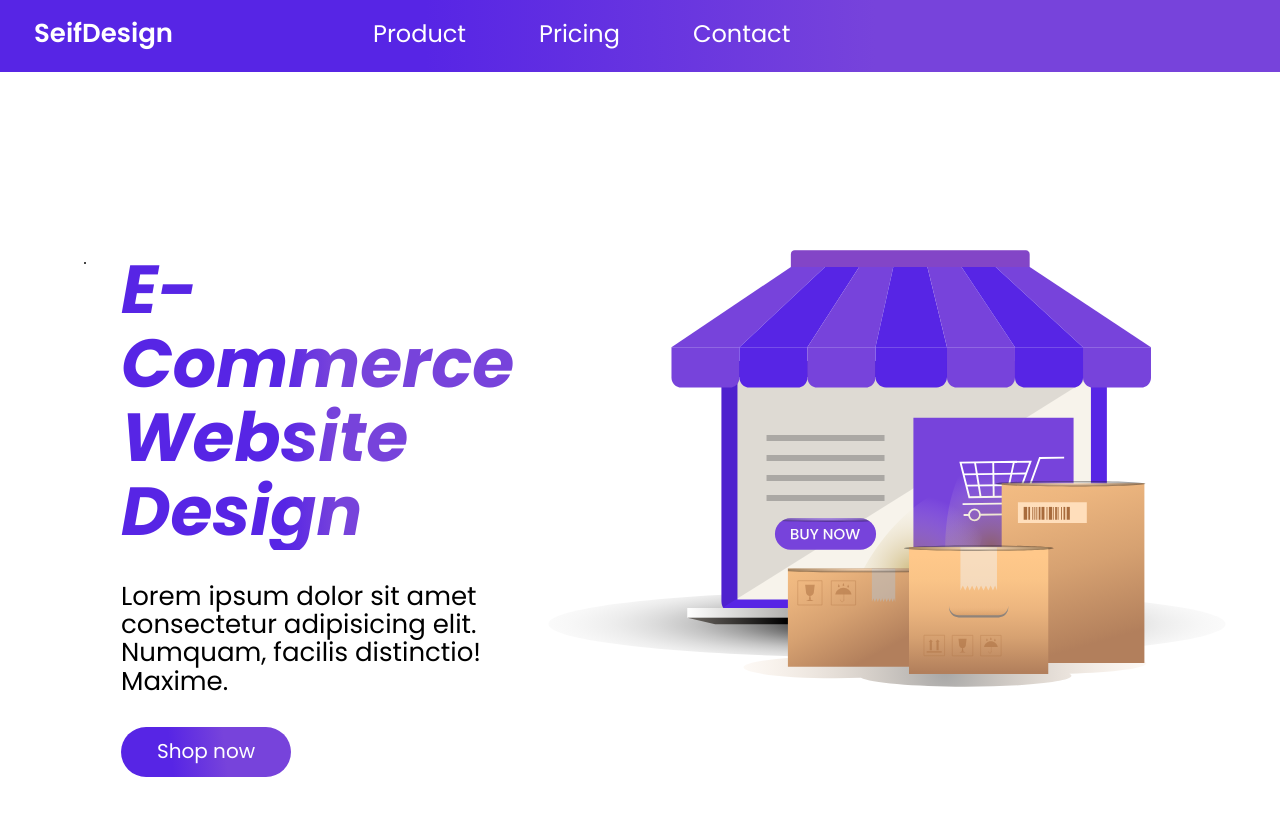
Repository: NatiqSamiyev/commers-desing-JS
Page: index.html
These files come from the project's save history. The page is drawn as it stood at one moment and after the next save; the edit follows.
The browser window is 1280 px wide. The pictures show the whole page.
Some web fonts or font styles are not loaded; a fallback is used.

Above is the page before, as saved 2023-11-06 11:29:29.

After the next save:
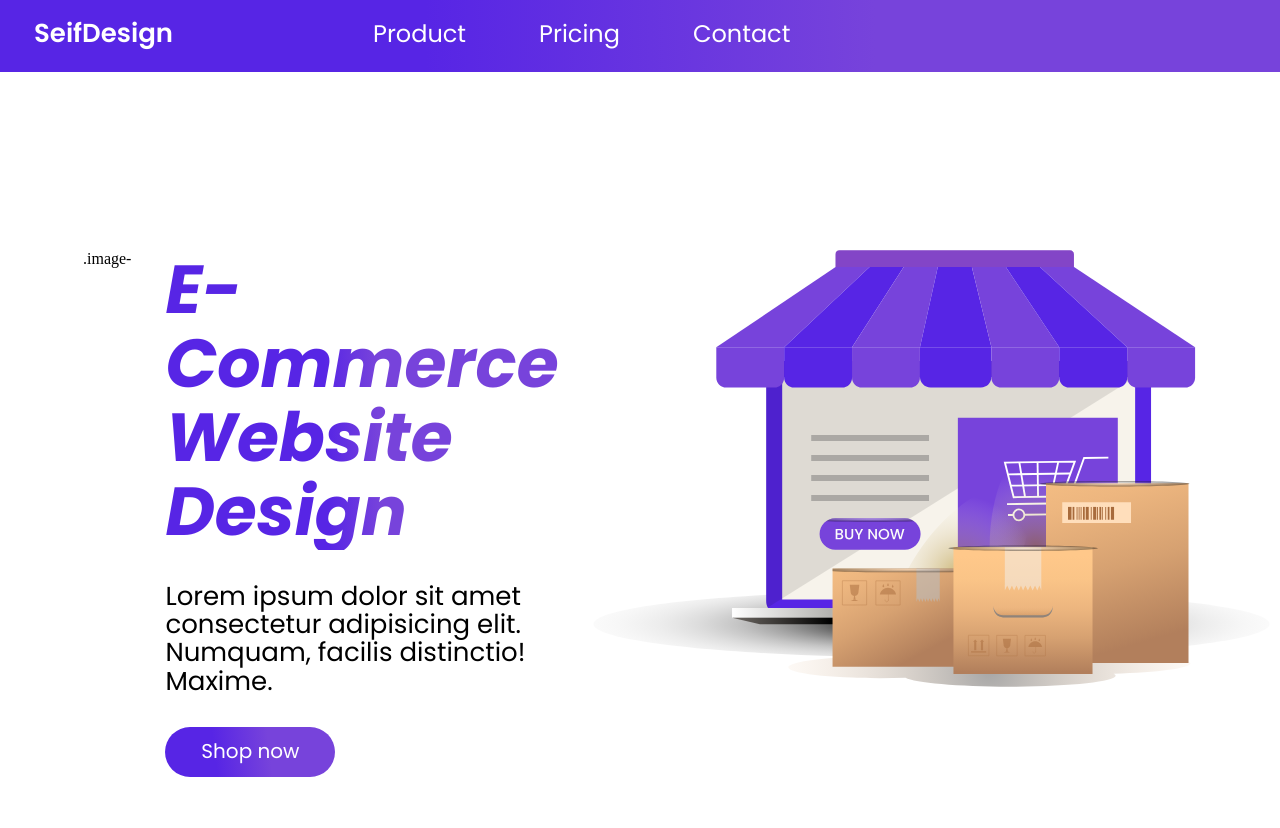
Saved 9 s later.
--- a/index.html
+++ b/index.html
@@ -29,7 +29,7 @@
       </div>
 
       <main>
-        .
+        .image-
         <div class="box-1">
           <h2>E-Commerce Website Design</h2>
           <p>
